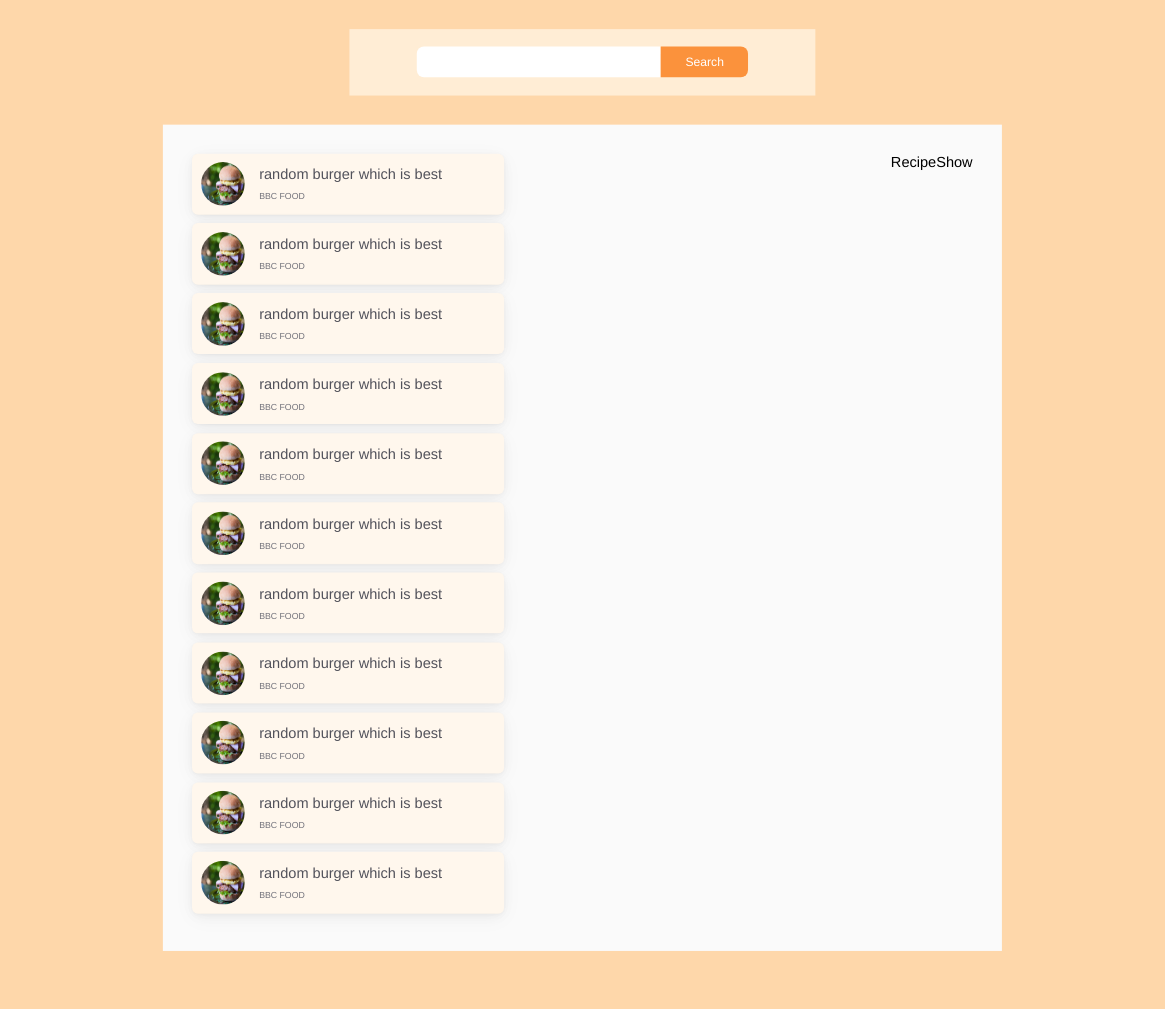
Repository: sandipkarmokar/recipeApp
Page: /
These files come from the project's save history. The page is drawn as it stood at one moment and after the next save; the edit follows.
The browser window is 1280 px wide. The pictures show the whole page, at 91% of full size.
The project was rebuilt for these pictures with package versions that can differ from the ones it lists, and the page was loaded fresh each time.

Above is the page before, as saved 2022-04-16 12:21:45.

### src/App.js
import { useState } from 'react';
import './App.css';
import SearchBar from './components/searchBar';
import ListView from './components/listView';
import RecipeShow from './components/recipeShow';

const App = () => {
    const [query, setQuery] = useState('');
    const [recipeList, setRecipeList] = useState([]);
    const [isLoading, setIsLoading] = useState(true);
    const [recipeId, setRecipeId] = useState('');

    const url = `https://forkify-api.herokuapp.com/api/search?q=${query}`;
    const recipeUrl = `https://forkify-api.herokuapp.com/api/get?rId=${recipeId}`;

    return (
        <div className="app">
            <div className="app-container">
                <SearchBar></SearchBar>
                <div className="recipe-modal">
                    <ListView></ListView>
                    <RecipeShow></RecipeShow>
                </div>
            </div>
        </div>
    );
};

export default App;

### src/App.css
* {
    margin: 0;
    padding: 0;
    box-sizing: border-box;
    font-family: Helvetica, sans-serif;
}

.app {
    height: 100%;
    width: 100vw;
    background-color: #fed7aa;
}

.app .app-container {
    margin: 0 auto;
    width: 80%;
    padding: 2rem 0;
    display: flex;
    justify-content: center;
    flex-direction: column;
}

.app .app-container .searchBar {
    width: 50%;
    background-color: #ffedd5;
    padding: 1.2rem 1rem;
    margin: 0 auto;
    width: 50%;
    display: flex;
    justify-content: center;
}
.app .app-container .searchBar .searchBar-container {
    width: 80%;
    margin: 0 auto;
    display: flex;
    justify-content: center;
}
.app .app-container .searchBar .searchBar-container input {
    width: 70%;
    padding: 0.4rem 1rem;
    border: none;
    border-radius: 0.5rem 0 0 0.5rem;
}

.app .app-container .searchBar .searchBar-container button {
    width: 25%;
    padding: 0.6rem 1rem;
    background-color: #fb923c;
    border: none;
    color: #fff;
    border-radius: 0 0.5rem 0.5rem 0;
}

.app .app-container .recipe-modal {
    width: 90%;
    background-color: #fafafa;
    margin: 2rem auto;
    display: flex;
    justify-content: space-between;
    padding: 2rem;
}

.app .app-container .recipe-modal .recipeList {
    width: 40%;
}

.app
    .app-container
    .recipe-modal
    .recipeList
    .recipeList-container
    .recipe-item {
    display: flex;
    background-color: #fff7ed;
    padding: 0.6rem;
    margin-bottom: 0.6rem;
    box-shadow: 0px 5px 24px rgba(0, 0, 0, 0.04),
        0px 3.24074px 14.0556px rgba(0, 0, 0, 0.0303704),
        0px 1.92593px 7.64444px rgba(0, 0, 0, 0.0242963),
        0px 1px 3.9px rgba(0, 0, 0, 0.02),
        0px 0.407407px 1.95556px rgba(0, 0, 0, 0.0157037),
        0px 0.0925926px 0.944444px rgba(0, 0, 0, 0.00962963);
    border-radius: 0.4rem;
}
.app
    .app-container
    .recipe-modal
    .recipeList
    .recipeList-container
    .recipe-item
    img {
    height: 48px;
    width: 48px;
    border-radius: 100%;
}
.app
    .app-container
    .recipe-modal
    .recipeList
    .recipeList-container
    .recipe-item
    .info {
    display: flex;
    flex-direction: column;
    margin-left: 1rem;
    justify-content: space-around;
}
.app
    .app-container
    .recipe-modal
    .recipeList
    .recipeList-container
    .recipe-item
    .info
    .title {
    color: #52525b;
    font-size: 1rem;
}
.app
    .app-container
    .recipe-modal
    .recipeList
    .recipeList-container
    .recipe-item
    .info
    .publisher {
    color: #71717a;
    font-size: 0.6rem;
}

### src/components/searchBar.js
import React from 'react';

const SearchBar = () => {
    return (
        <div className="searchBar">
            <form className="searchBar-container">
                <input type="text" />
                <button type="submit">Search</button>
            </form>
        </div>
    );
};

export default SearchBar;

### src/components/listView.js
import React from 'react';
import data from './data';

const ListView = () => {
    return (
        <div className="recipeList">
            <div className="recipeList-container">
                {data.map((el) => {
                    console.log(data);
                    return (
                        <div className="recipe-item">
                            <img src={el.img} alt="" />
                            <div className="info">
                                <p className="title">{el.title}</p>
                                <p className="publisher">{el.publisher}</p>
                            </div>
                        </div>
                    );
                })}
            </div>
        </div>
    );
};

export default ListView;

### src/components/recipeShow.js
import React from 'react';

const RecipeShow = () => {
    return <div>RecipeShow</div>;
};

export default RecipeShow;

### src/components/data.js
import image from '../components/food.jpg';

const data = [
    {
        id: 1,
        img: image,
        title: 'random burger which is best',
        publisher: 'BBC FOOD',
    },
    {
        id: 1,
        img: image,
        title: 'random burger which is best',
        publisher: 'BBC FOOD',
    },
    {
        id: 1,
        img: image,
        title: 'random burger which is best',
        publisher: 'BBC FOOD',
    },
    {
        id: 1,
        img: image,
        title: 'random burger which is best',
        publisher: 'BBC FOOD',
    },
    {
        id: 1,
        img: image,
        title: 'random burger which is best',
        publisher: 'BBC FOOD',
    },
    {
        id: 1,
        img: image,
        title: 'random burger which is best',
        publisher: 'BBC FOOD',
    },
    {
        id: 1,
        img: image,
        title: 'random burger which is best',
        publisher: 'BBC FOOD',
    },
    {
        id: 1,
        img: image,
        title: 'random burger which is best',
        publisher: 'BBC FOOD',
    },
    {
        id: 1,
        img: image,
        title: 'random burger which is best',
        publisher: 'BBC FOOD',
    },
    {
        id: 1,
        img: image,
        title: 'random burger which is best',
        publisher: 'BBC FOOD',
    },
    {
        id: 1,
        img: image,
        title: 'random burger which is best',
        publisher: 'BBC FOOD',
    },
];

export default data;

Loaded but not shown: public/index.html (common file); src/index.js (common file); src/index.css (common file); src/reportWebVitals.js (common file)

After the next save:
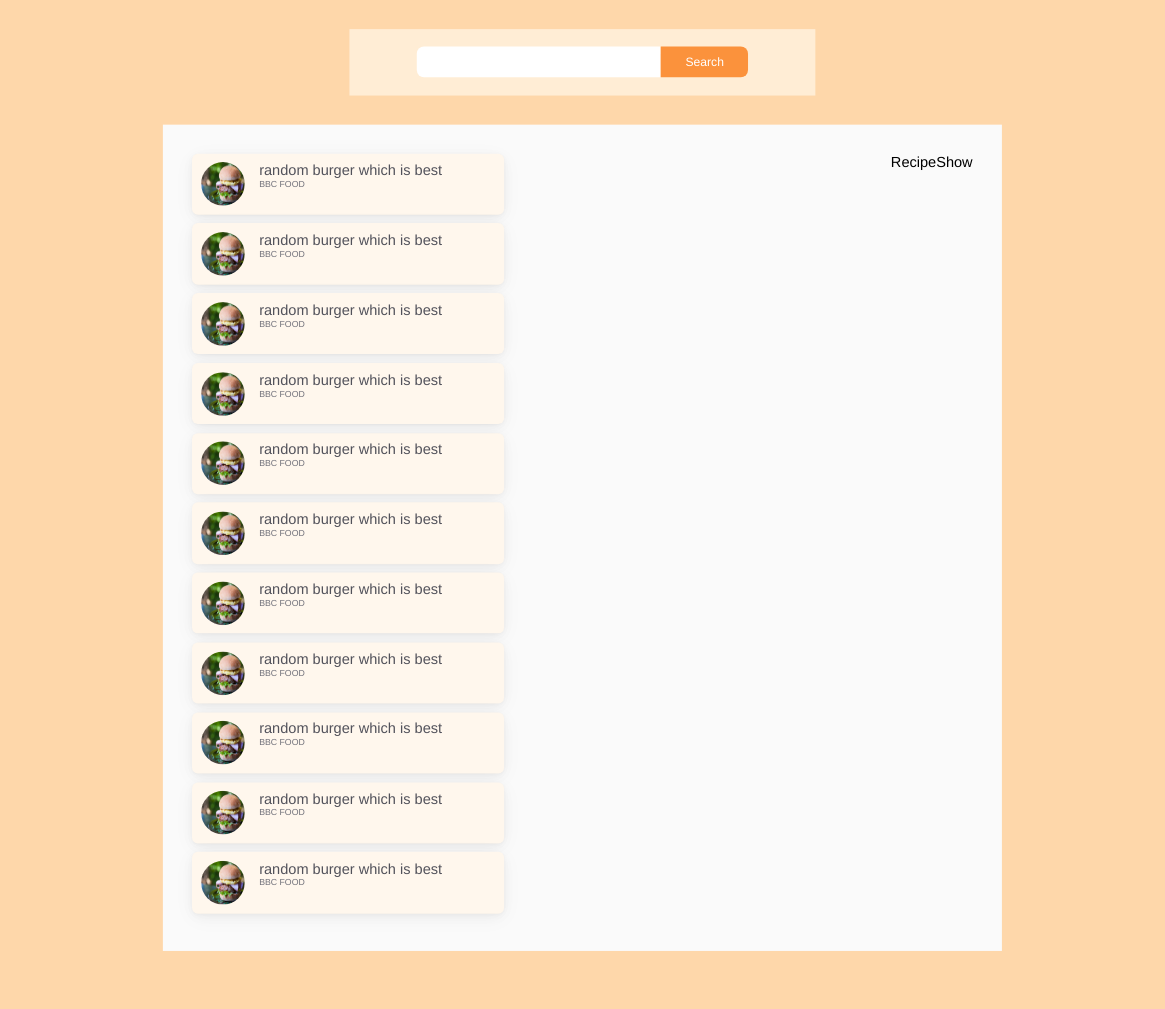
Saved 6 s later.
--- a/src/App.css
+++ b/src/App.css
@@ -103,7 +103,6 @@
     display: flex;
     flex-direction: column;
     margin-left: 1rem;
-    justify-content: space-around;
 }
 .app
     .app-container
